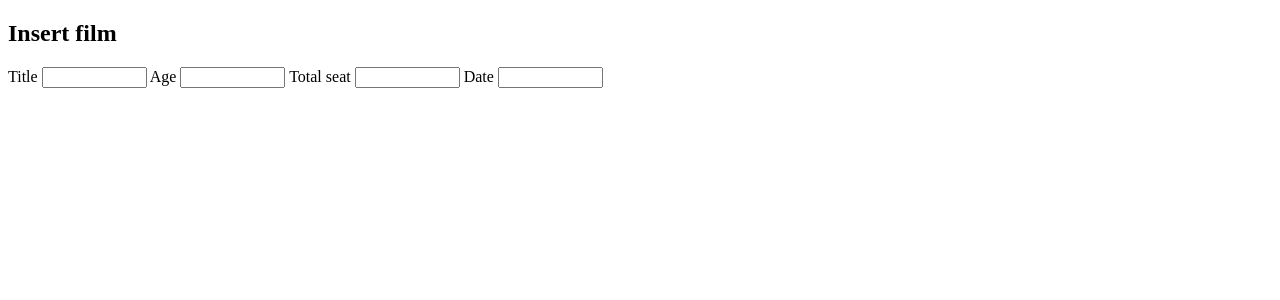
Repository: lmcoa15/Movie
Page: http://localhost/movie/admin/admin_Insert_film.jsp
These files come from the project's save history. The page is drawn as it stood at one moment and after the next save; the edit follows.
The browser window is 1280 px wide. The pictures show the whole page.
The page is served by Tomcat 9.

Above is the page before, as saved 2015-12-06 09:28:41.

After the next save:
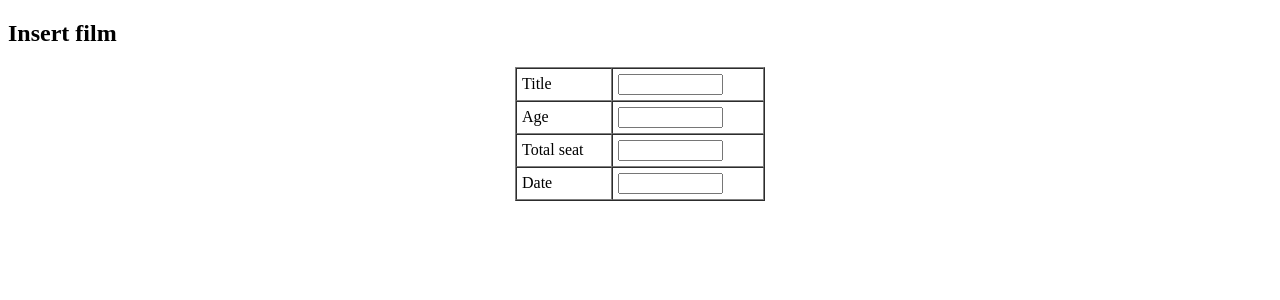
Saved 62 s later.
--- a/workspace/movie/WebContent/admin/admin_Insert_film.jsp
+++ b/workspace/movie/WebContent/admin/admin_Insert_film.jsp
@@ -9,6 +9,8 @@
 <body>
 <h2>Insert film</h2>
 
+<table width="250" border="1"align="center" cellspacing="0"
+												cellpadding="5">
 	<tr>
 		<td>Title</td>
 		<td><input type="text" name="name_film" size=10></td>
@@ -25,6 +27,6 @@
 		<td>Date</td>
 		<td><input type="text" name="watch_date" size=10></td>
 	</tr>
-
+</table>
 </body>
 </html>
